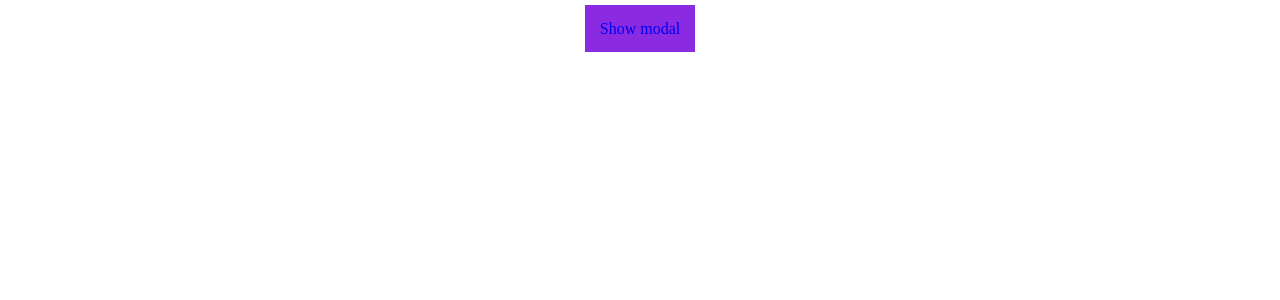
Repository: AnhTuan191298/sent-file-hoang
Page: js_modal/index.html
An editor plug-in stored every save of this project. The page is shown before and after the next save, followed by the edit.
The browser window is 1280 px wide. The pictures show the whole page.

Above is the page before, as saved 2021-02-01 13:41:35.

After the next save:
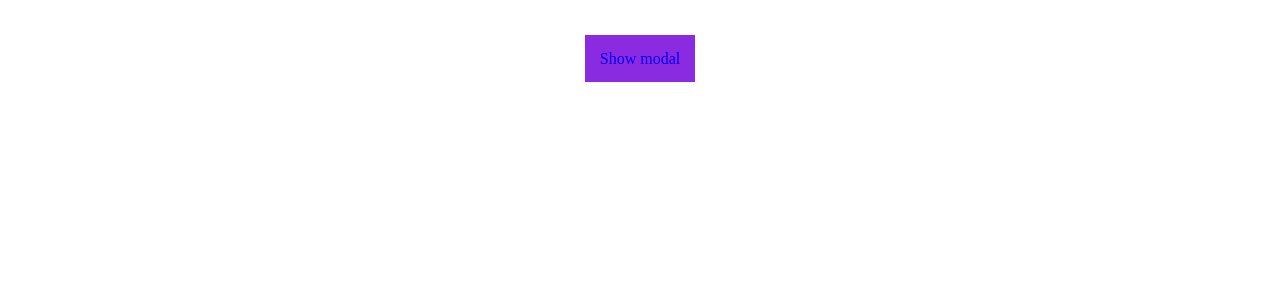
Saved 7 s later.
--- a/js_modal/index.html
+++ b/js_modal/index.html
@@ -15,7 +15,7 @@
             align-items: center;
         }
         .modal {
-            margin-top: 20px;
+            margin-top: 50px;
         }
         .modal__action {
             text-decoration: none;
